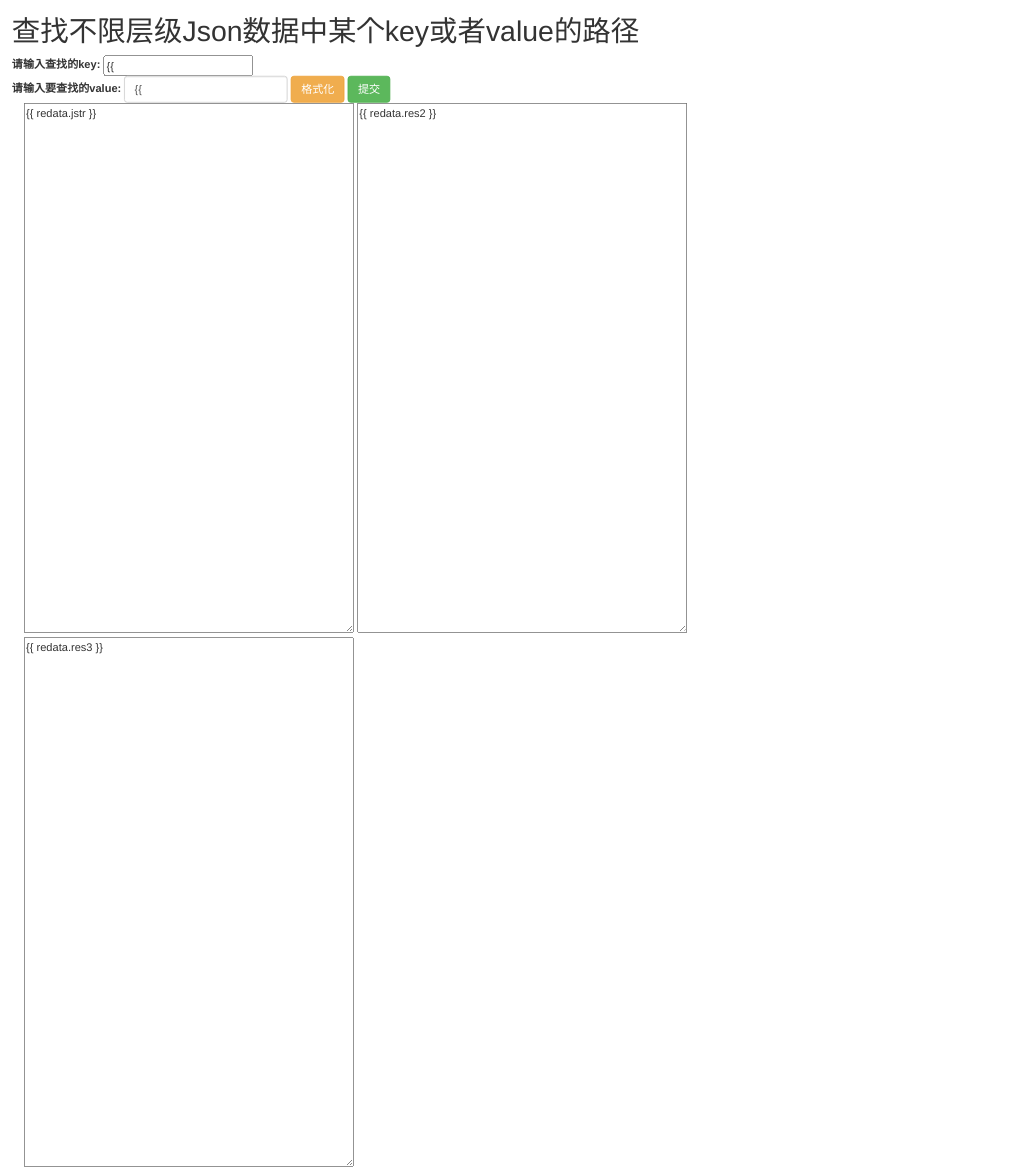
Repository: wangyanqing666/study
Page: other.html
The author's editor kept a copy of each file at every save. The page is drawn from the files as they stood at one save, then again after the next save.
The browser window is 1280 px wide. The pictures show the whole page, at 79% of full size.
Some web libraries are served in a nearby version.

Above is the page before, as saved 2020-12-03 11:06:36.

### other.html
<!DOCTYPE html>
<html lang="en">

<head>

    <head>

        <meta charset="UTF-8">
        <meta name="viewport" content="width=device-width, initial-scale=1,maximum-scale=1, user-scalable=no">
        <title>jean同步配置</title>
        <link rel="stylesheet" href="https://cdn.staticfile.org/twitter-bootstrap/3.3.7/css/bootstrap.min.css">
        <script src="https://cdn.staticfile.org/jquery/2.1.1/jquery.min.js"></script>
        <script src="https://cdn.staticfile.org/twitter-bootstrap/3.3.7/js/bootstrap.min.js"></script>

        <script>
            function beautify() {
                jsonStr = $('#editor1').val()
                var input;
                try {
                    if (jsonStr.length == 0) {
                        return false;
                    } else if (!isJSON(jsonStr)) {

                        return alert('您输入的内容非正规json格式，请检查后重试！');

                    }
                    input = eval('(' + jsonStr + ')');
                } catch (error) {
                    console.log(error);
                    return alert('JSON 格式化错误！');

                }

                $('#editor1').val(JSON.stringify(input, null, 4));

            }

            function isJSON(str) {
                if (typeof str === 'string') {
                    try {
                        let obj = JSON.parse(str);
                        if (typeof obj === 'object' && obj) {
                            return obj;
                        } else {
                            return false;
                        }
                    } catch (error) {
                        console.log(error);
                        return false;
                    }
                }
            };

        </script>


    </head>

<body>
    <div class="container-fluid">
        <form class="form-inline" action="/formit" method="POST">
            <h1>查找不限层级Json数据中某个key或者value的路径</h1>

            <div class="form-group">
                <label>请输入查找的key: </label>

                <input class="form-group" type="text" id="key" name="key" value={{ redata.key }}>
            </div>

            <div class="form-group">
                <label>请输入要查找的value: </label>

                <input class="form-control" type="text" id="key1" name="key1" value={{ redata.value }}>
                <button type="button" class="btn btn-warning" id="formatting" onclick="beautify();">格式化</button>
                <input type="submit" class="btn btn-success" value="提交">

                <div>
        </form>
    </div>

    <div class="container-fluid">


        <div class="form-group">

            <textarea class="column " style="height: 671px; width: 418px;" id="editor1"
                placeholder="给一个JSON字符串，然后会自动格式化" spellcheck="false" name="jstr">{{ redata.jstr }}</textarea>
            <textarea id="editor2" style="height: 671px; width: 418px;" class="clumn " placeholder="key值"
                name="jstr1">{{ redata.res2 }}</textarea>
            <textarea id="editor3" style="height: 671px; width: 418px;" class="clumn " placeholder="value值"
                name="jstr2">{{ redata.res3 }}</textarea>
        </div>

    </div>








</body>

</html>

After the next save:
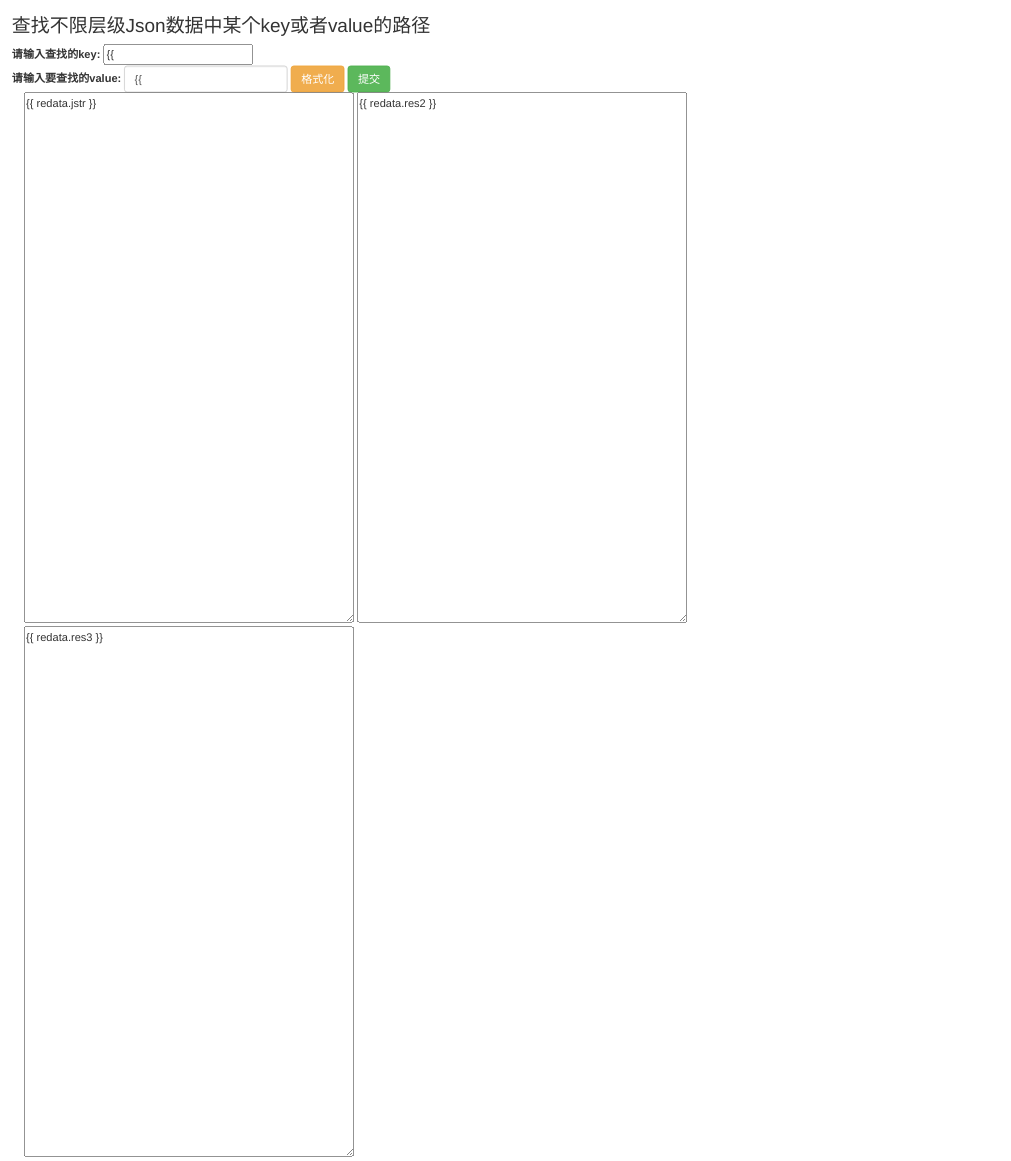
Saved 81 s later.
--- a/other.html
+++ b/other.html
@@ -11,55 +11,12 @@
         <link rel="stylesheet" href="https://cdn.staticfile.org/twitter-bootstrap/3.3.7/css/bootstrap.min.css">
         <script src="https://cdn.staticfile.org/jquery/2.1.1/jquery.min.js"></script>
         <script src="https://cdn.staticfile.org/twitter-bootstrap/3.3.7/js/bootstrap.min.js"></script>
-
-        <script>
-            function beautify() {
-                jsonStr = $('#editor1').val()
-                var input;
-                try {
-                    if (jsonStr.length == 0) {
-                        return false;
-                    } else if (!isJSON(jsonStr)) {
-
-                        return alert('您输入的内容非正规json格式，请检查后重试！');
-
-                    }
-                    input = eval('(' + jsonStr + ')');
-                } catch (error) {
-                    console.log(error);
-                    return alert('JSON 格式化错误！');
-
-                }
-
-                $('#editor1').val(JSON.stringify(input, null, 4));
-
-            }
-
-            function isJSON(str) {
-                if (typeof str === 'string') {
-                    try {
-                        let obj = JSON.parse(str);
-                        if (typeof obj === 'object' && obj) {
-                            return obj;
-                        } else {
-                            return false;
-                        }
-                    } catch (error) {
-                        console.log(error);
-                        return false;
-                    }
-                }
-            };
-
-        </script>
-
-
     </head>
 
 <body>
     <div class="container-fluid">
         <form class="form-inline" action="/formit" method="POST">
-            <h1>查找不限层级Json数据中某个key或者value的路径</h1>
+            <h3>查找不限层级Json数据中某个key或者value的路径</h3>
 
             <div class="form-group">
                 <label>请输入查找的key: </label>
